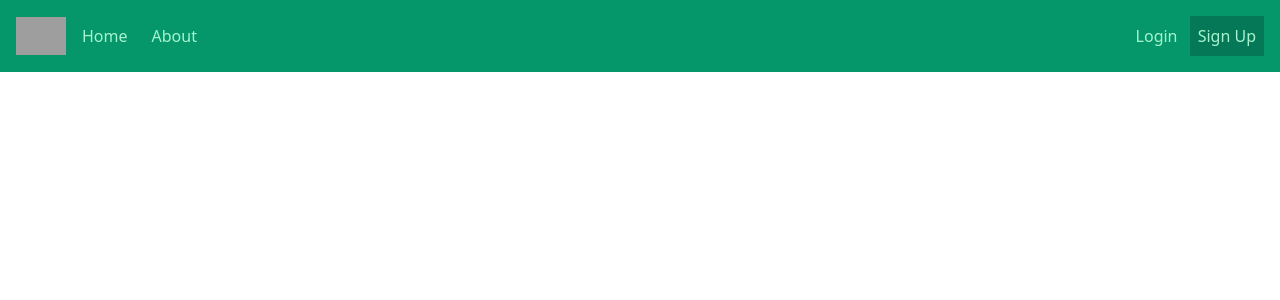
Repository: DaNiels89/tailwind-stawberries
Page: index.html
An editor plug-in stored every save of this project. The page is shown before and after the next save, followed by the edit.
The browser window is 1280 px wide. The pictures show the whole page.
Pictures or frames that could not be fetched are drawn as grey boxes.

Above is the page before, as saved 2020-08-24 13:25:56.

After the next save:
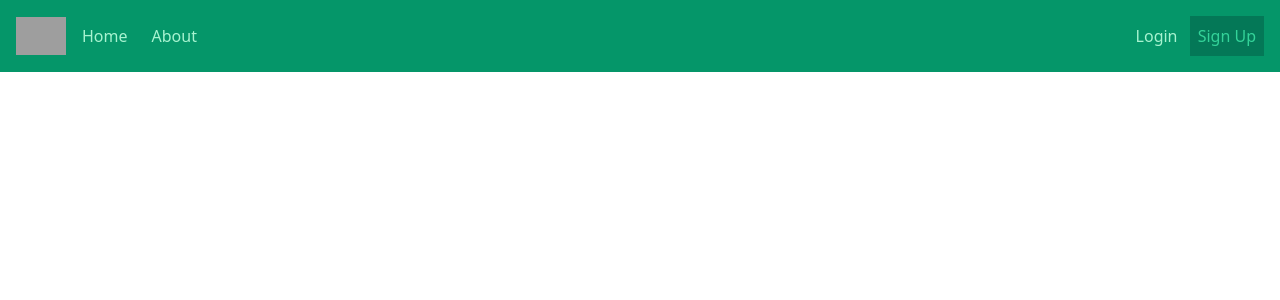
Saved 13 s later.
--- a/index.html
+++ b/index.html
@@ -32,7 +32,7 @@
         </div>
         <div class="">
           <a href="#" class="inline-block p-2 text-green-200">Login</a>
-          <a href="#" class="inline-block p-2 text-green-200 bg-green-700"
+          <a href="#" class="inline-block p-2 text-green-400 bg-green-700"
             >Sign Up</a
           >
         </div>
